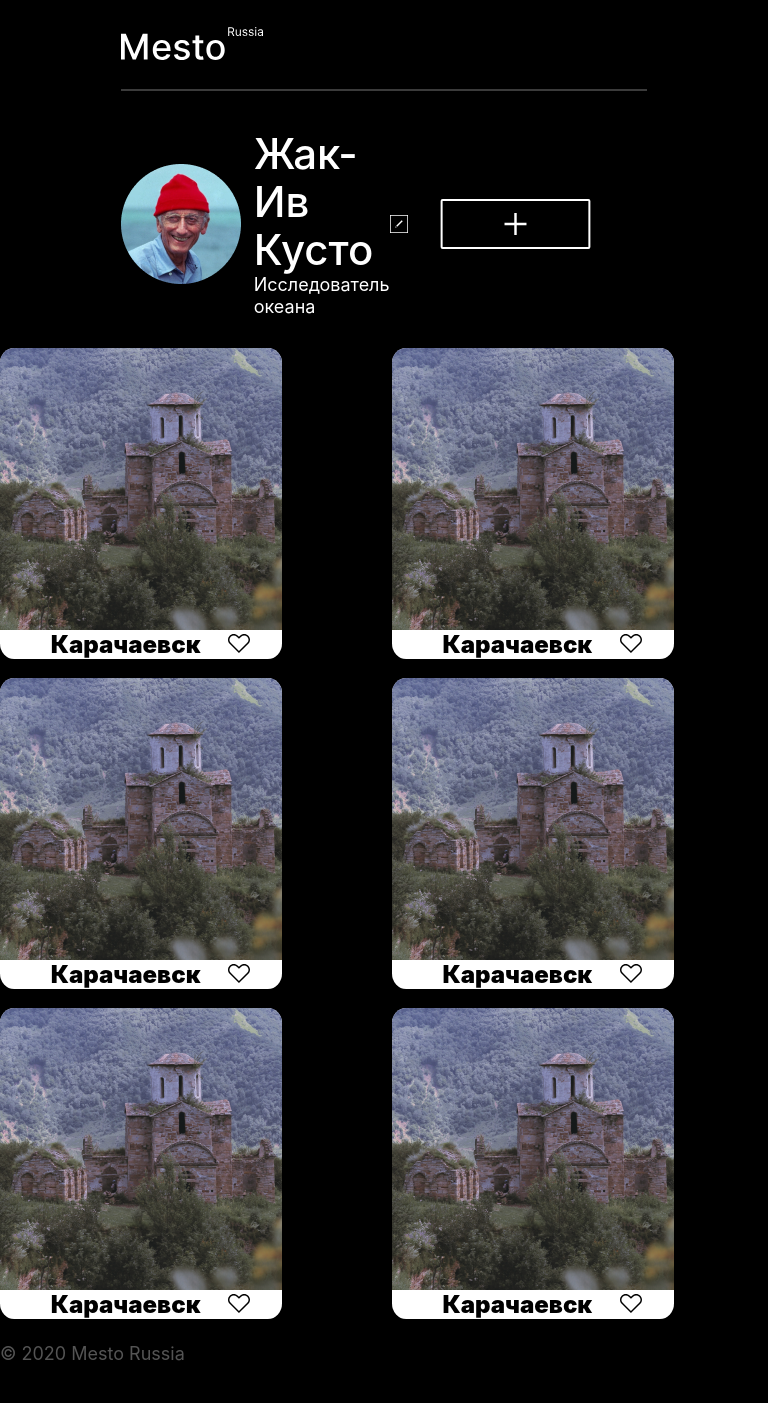
Repository: Ivan2399/mesto-project
Page: index.html
These files come from the project's save history. The page is drawn as it stood at one moment and after a run of saves; the edit follows.
The browser window is 768 px wide. The pictures show the whole page.

Above is the page before, as saved 2021-11-16 19:19:21.

After the next 2 saves:
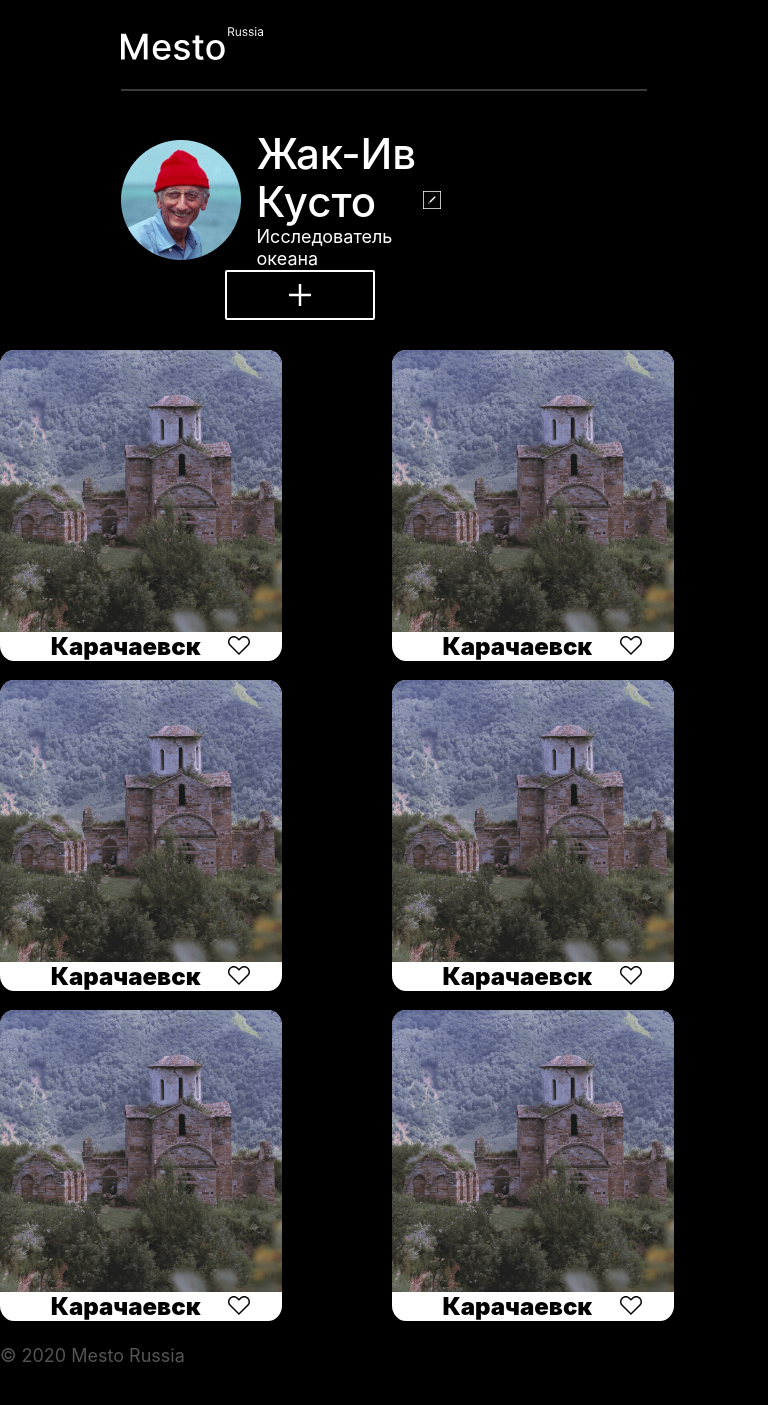
The 2 saves are shown as one change because they came seconds apart.
The last was saved 21 s later.
--- a/blocks/profile/_mobile/profile_mobile.css
+++ b/blocks/profile/_mobile/profile_mobile.css
@@ -2,5 +2,8 @@
     grid-template-columns: repeat(auto-fit,minmax(200px,1fr));
 }
 @media screen and (min-width:300px) and (max-width:768px){
+    .profile_mobile{
+        width:320px;
+    }
 
 }
